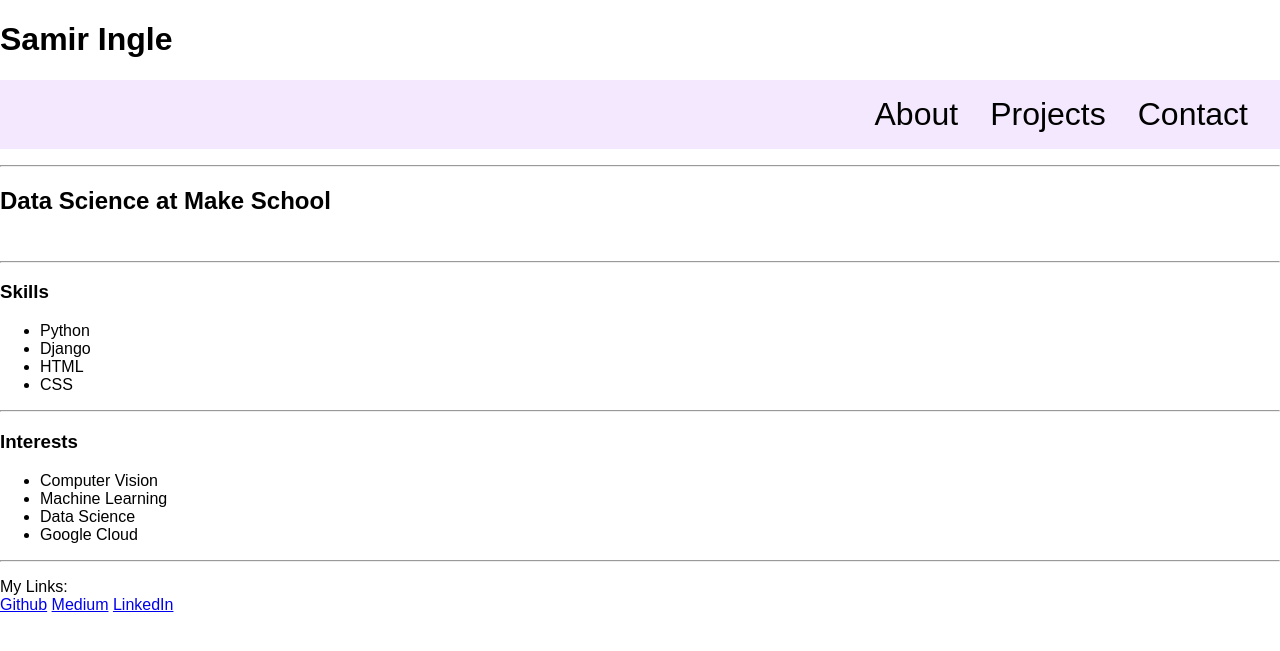
Repository: SamirIngley/html-semantic
Page: index.html
The author's editor kept a copy of each file at every save. The page is drawn from the files as they stood at one save, then again after the next save.
The browser window is 1280 px wide. The pictures show the whole page.

Above is the page before, as saved 2020-01-28 16:54:53.

After the next save:
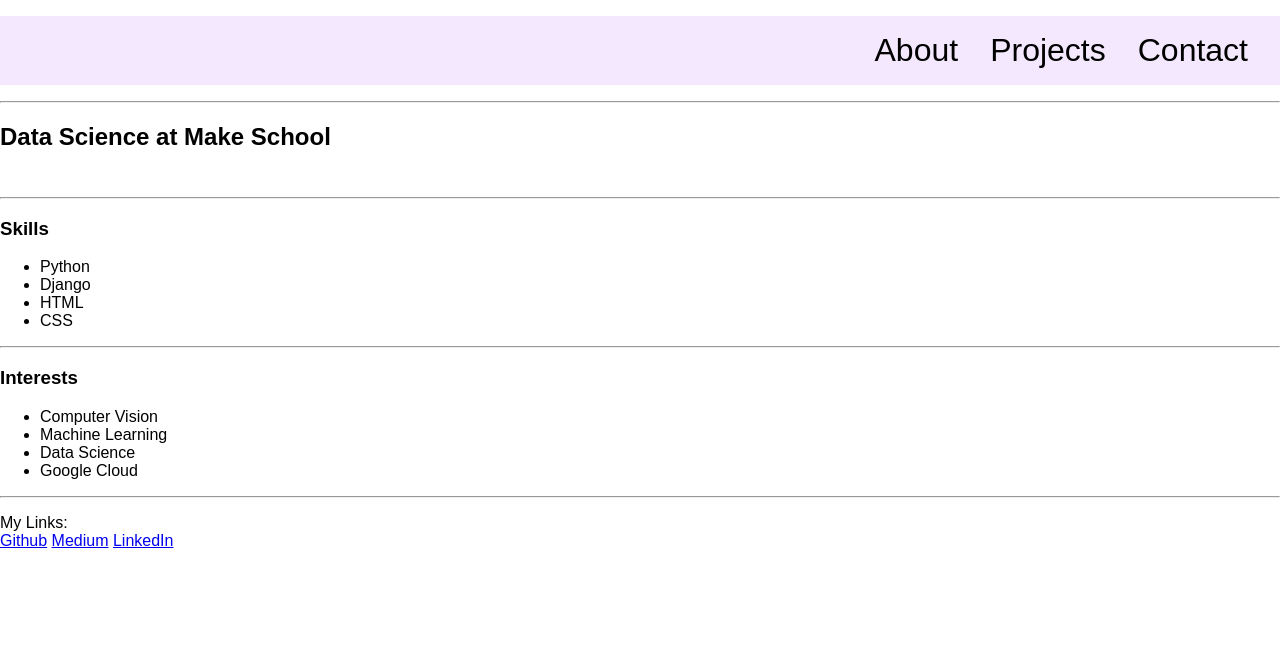
Saved 26 s later.
--- a/index.html
+++ b/index.html
@@ -8,7 +8,6 @@
     </head>
     <body>
         <header>
-        <h1>Samir Ingle</h1>
             <nav>
                 <ul>
                     <li><a href="#">About</a></li>
